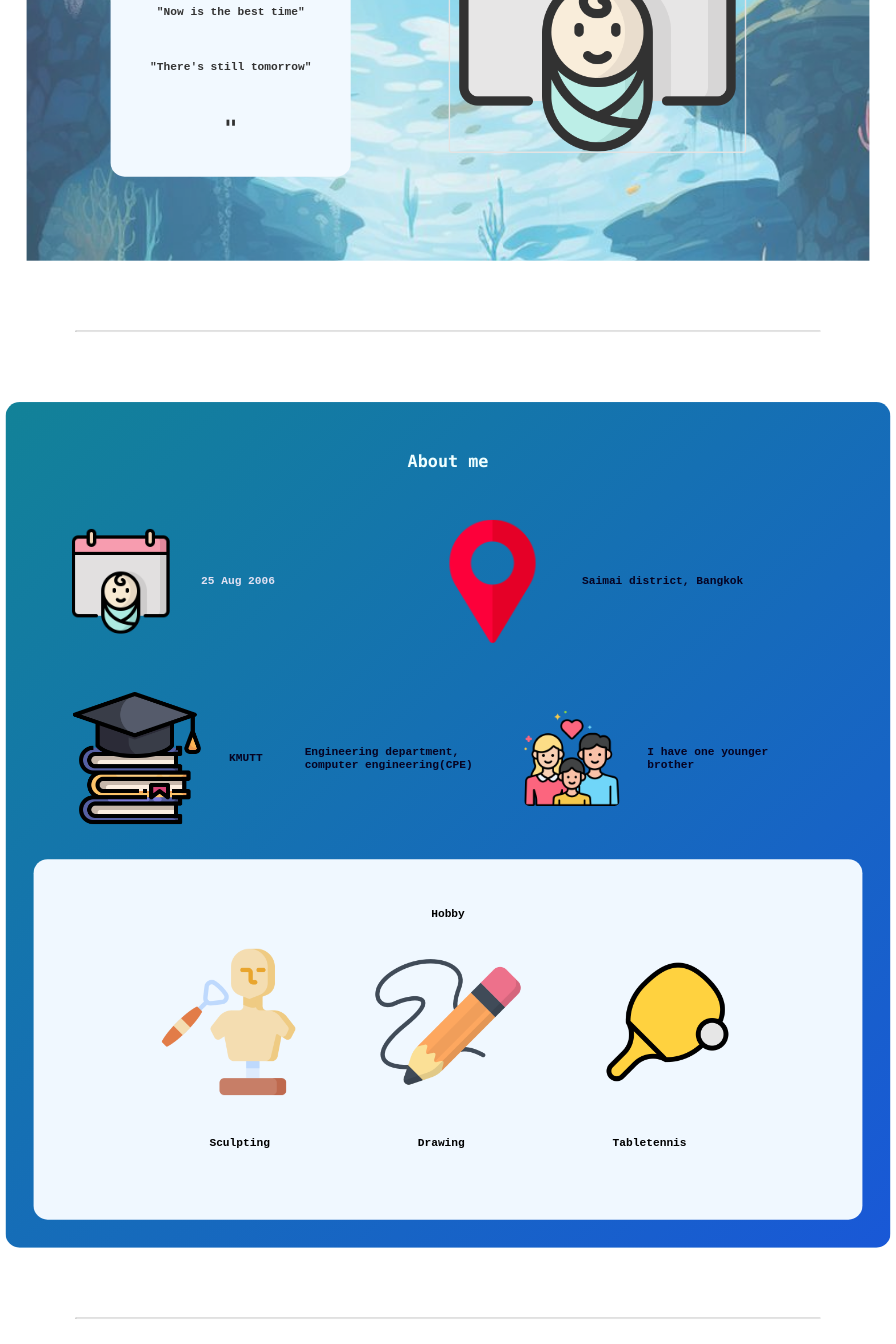
Repository: kittipichcha/Port1
Page: page1.html
The author's editor kept a copy of each file at every save. The page is drawn from the files as they stood at one save, then again after the next save.
The browser window is 1280 px wide. The pictures show the part of the page from y = 489 to 2409 px (the page is 4767 px tall), at 70% of full size.

Above is the page before, as saved 2024-10-16 20:50:49.

After the next save:
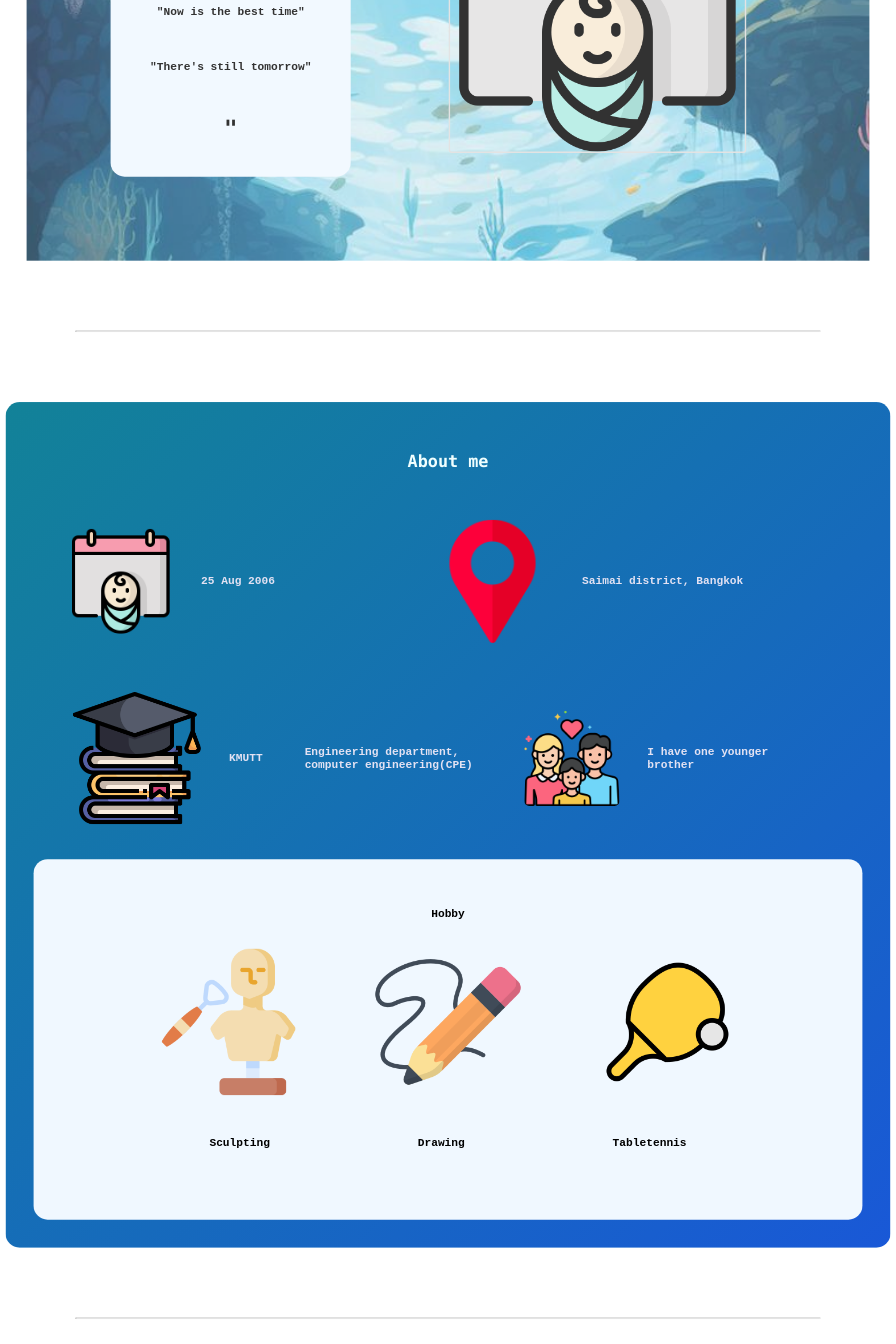
Saved 23 s later.
--- a/page1.html
+++ b/page1.html
@@ -46,7 +46,7 @@
         <!-- live -->
         <div style = "justify-content: flex-start;">
           <img class = "icon3" src="icon\placeholder.png" alt="Place">
-          <h3 class = "textGeneral" style = "color: rgb(6, 3, 34);"> Saimai district, Bangkok </h3>
+          <h3 class = "textGeneral" style = "color: rgb(227, 226, 243);"> Saimai district, Bangkok </h3>
         </div>
         <br class = "space1">
       </div>
@@ -54,14 +54,14 @@
         <!-- study -->
         <div style = "justify-content: flex-start;">
           <img class = "icon3" src="icon\graduation.png" alt="Logo">
-          <h3 class = "textGeneral" style = "color: rgb(6, 3, 34);"> KMUTT </h3>
-          <h4 class = "textGeneral" style = "color: rgb(6, 3, 34);"> Engineering department, computer engineering(CPE)</h4>
+          <h3 class = "textGeneral" style = "color: rgb(227, 226, 243);"> KMUTT </h3>
+          <h4 class = "textGeneral" style = "color: rgb(227, 226, 243);"> Engineering department, computer engineering(CPE)</h4>
         </div>
 
         <!-- family -->
         <div style = "justify-content: flex-start;">
           <img class = "icon3" src="icon\family.png" alt="Logo">
-          <h3 class = "textGeneral" style = "color: rgb(6, 3, 34);"> I have one younger brother </h3>
+          <h3 class = "textGeneral" style = "color: rgb(227, 226, 243);"> I have one younger brother </h3>
         </div>
       </div>
       <!-- hobby -->
